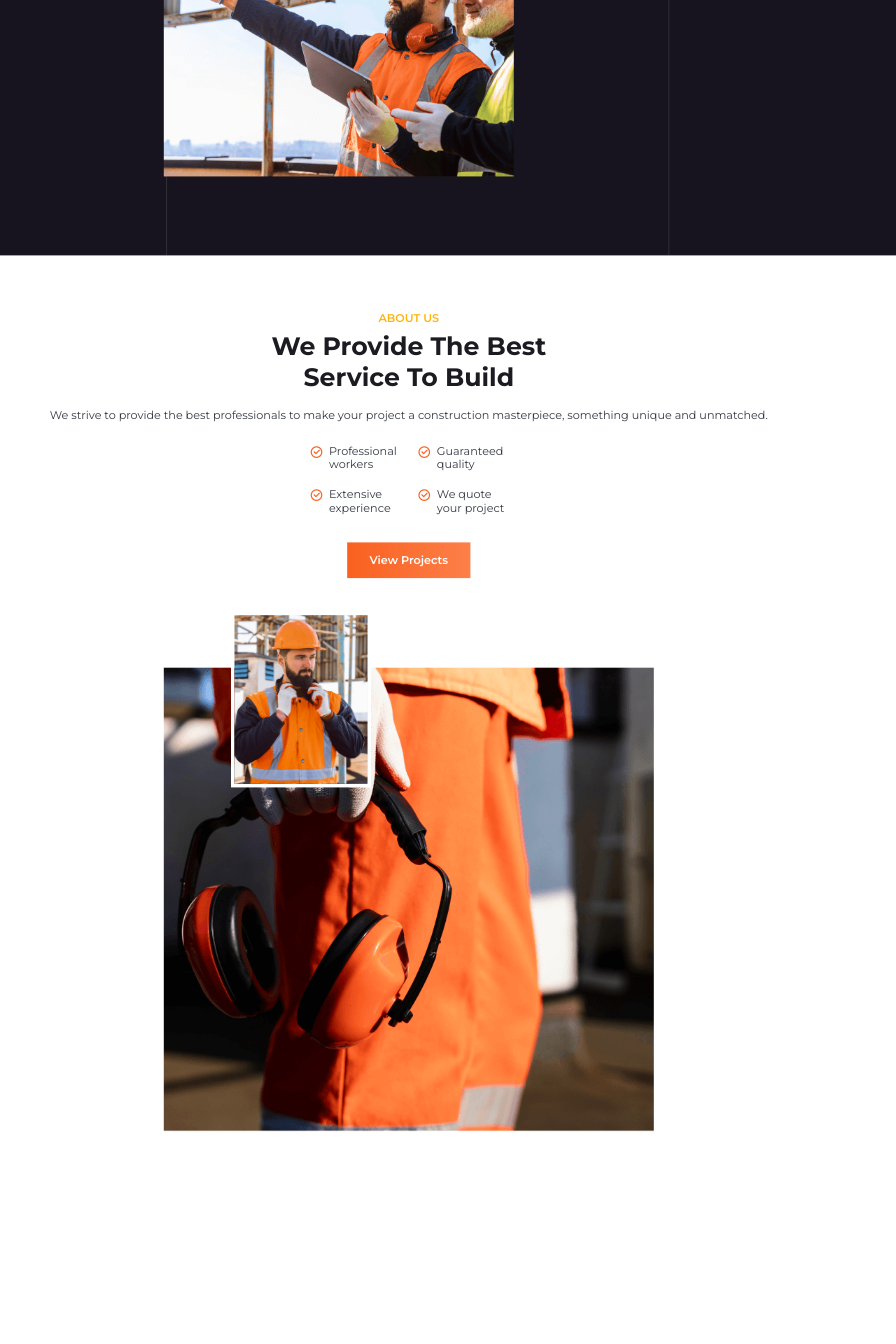
Repository: douglasabnovato/construction
Page: index.html
The author's editor kept a copy of each file at every save. The page is drawn from the files as they stood at one save, then again after the next save.
The browser window is 1280 px wide. The pictures show the part of the page from y = 1457 to 3377 px (the page is 3377 px tall before and 2951 px after), at 70% of full size.

Above is the page before, as saved 2025-05-01 12:23:33.

After the next save:
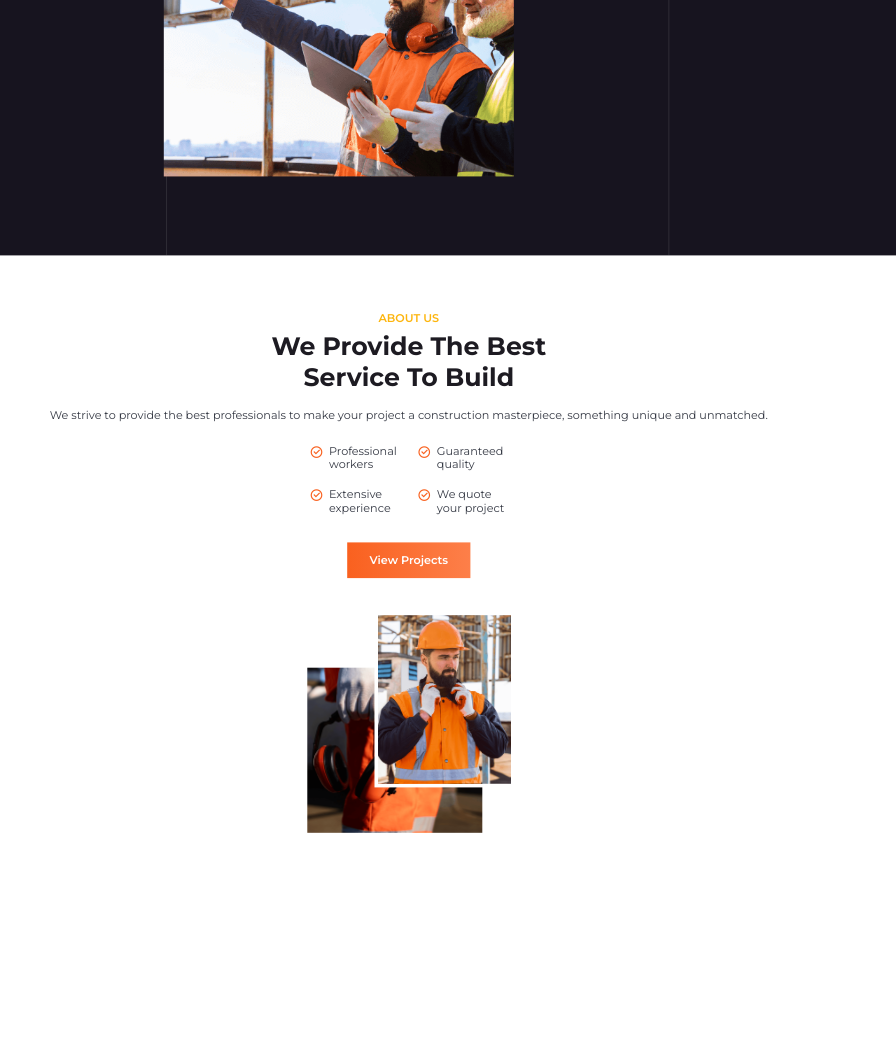
Saved 2 min 46 s later.
--- a/assets/css/styles.css
+++ b/assets/css/styles.css
@@ -398,6 +398,11 @@ img {
   left: 6rem;
 }
 
+.about__img-2 {
+  width: 250px;
+  margin-right: 2.5rem;
+}
+
 
 /*=============== SERVICES ===============*/
 
